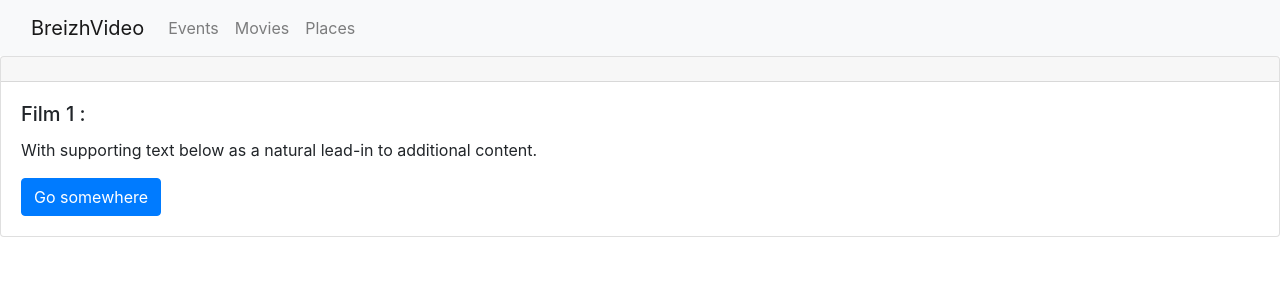
Repository: romgrm/Hackaton_BreizhVideo_FRONT
Page: /Events
These files come from the project's save history. The page is drawn as it stood at one moment and after the next save; the edit follows.
The browser window is 1280 px wide. The pictures show the whole page.
The page's requests for data from a server got no answer. Some web libraries are served in a nearby version. The project was rebuilt for these pictures with package versions that can differ from the ones it lists, and the page was loaded fresh each time. No one was signed in, and anything a server would have sent is missing. Also part of the build but not shown: src/Components/Films.js, src/Components/Village.js.

Above is the page before, as saved 2020-12-21 20:14:55.

After the next save:
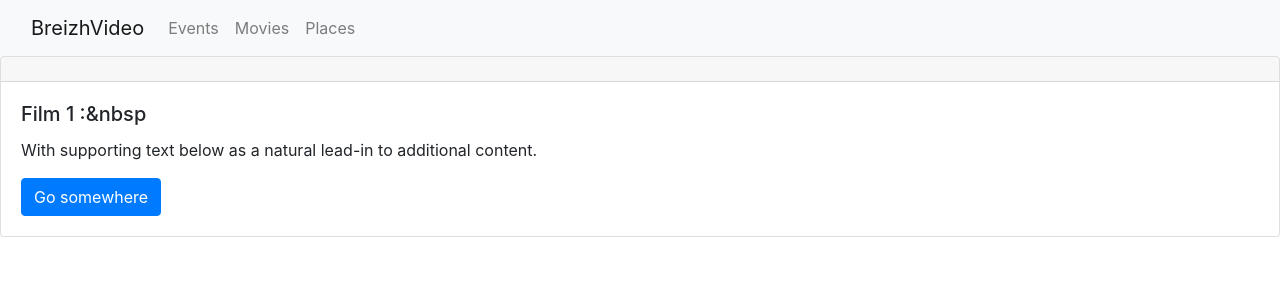
Saved 12 s later.
--- a/src/Components/Events.js
+++ b/src/Components/Events.js
@@ -25,7 +25,7 @@
                 ))}
             </div>
             <div class="card-body">
-                <h5 class="card-title">Film 1 :<br/>
+                <h5 class="card-title">Film 1 :&nbsp
                 {event.map((current) =>(
                 current.films.title
                          ))}</h5>

After the save that followed:
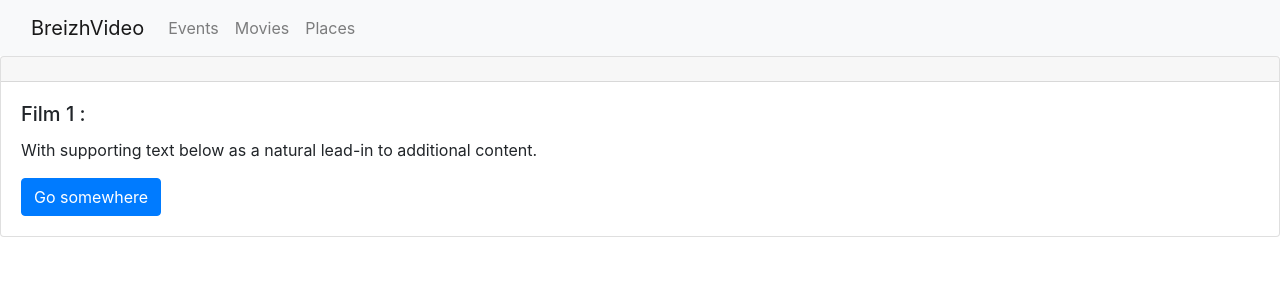
Saved 27 s later.
--- a/src/Components/Events.js
+++ b/src/Components/Events.js
@@ -25,7 +25,7 @@
                 ))}
             </div>
             <div class="card-body">
-                <h5 class="card-title">Film 1 :&nbsp
+                <h5 class="card-title">Film 1 :&nbsp;
                 {event.map((current) =>(
                 current.films.title
                          ))}</h5>
